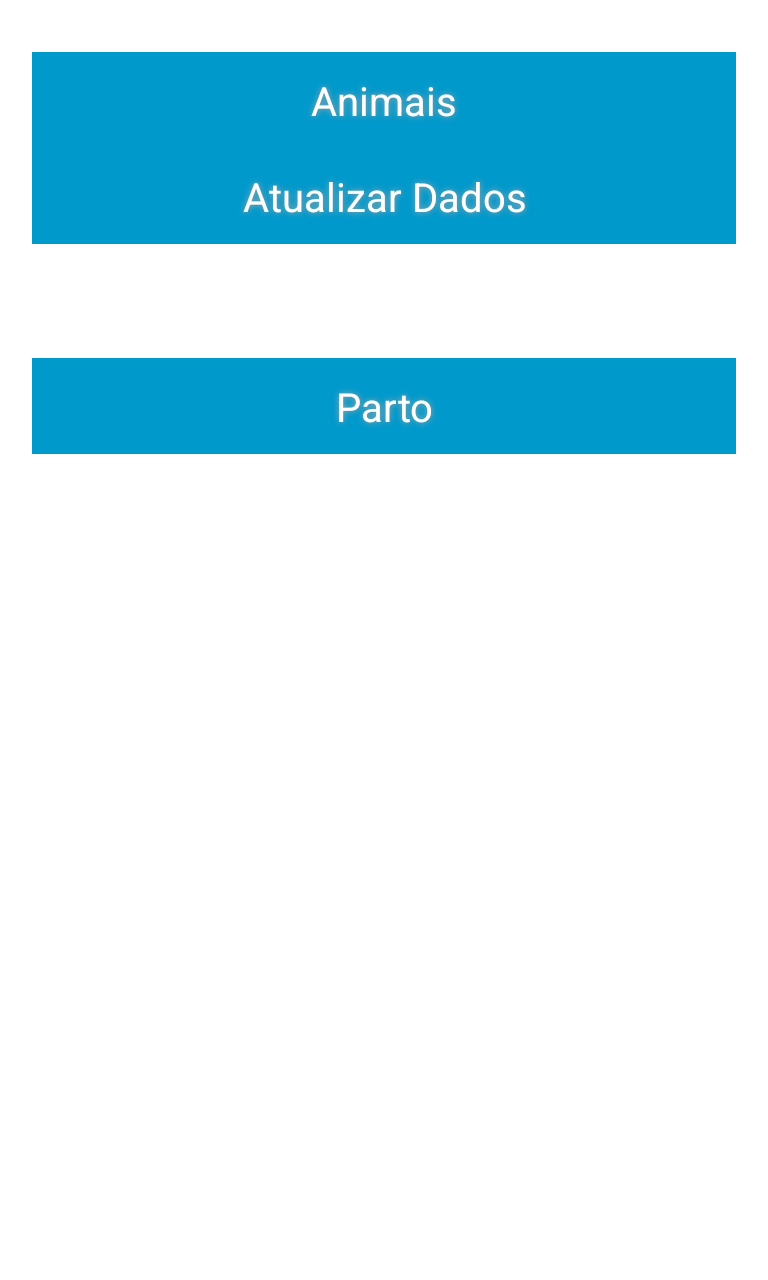
Repository: vpamaral/TaurusMobile
Layout: TaurusMobile/res/layout/activity_main.xml
The author's editor kept a copy of each file at every save. The layout is drawn from the files as they stood at one save, then again after the next save.
It is drawn on a 768 x 1280 px phone screen (xhdpi) without system bars, with theme AppTheme; the app's code is not run.

Above is the layout before, as saved 2015-05-15 16:22:10.

After the next save:
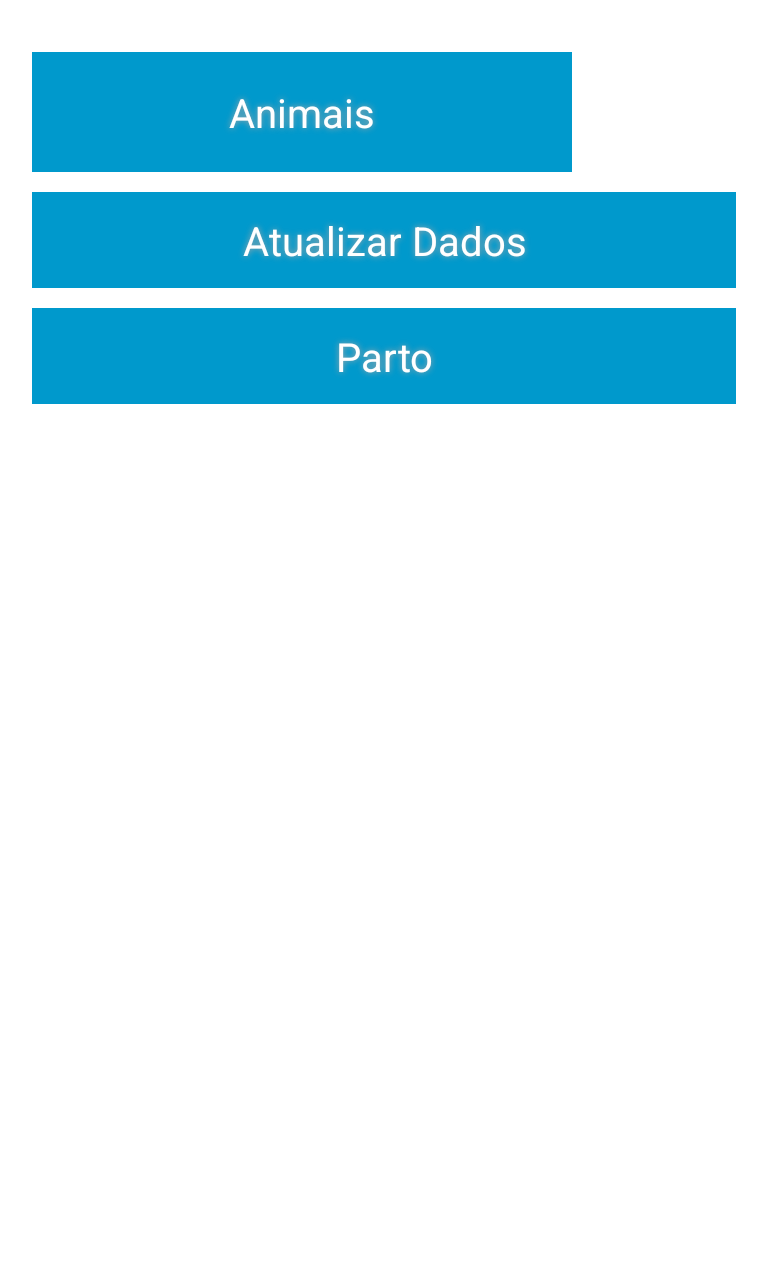
Saved 65 s later.
--- a/TaurusMobile/res/layout/activity_main.xml
+++ b/TaurusMobile/res/layout/activity_main.xml
@@ -16,8 +16,8 @@
 
         <Button
             android:id="@+id/btn_animal"
-            android:layout_width="match_parent"
-            android:layout_height="wrap_content"
+            android:layout_width="270dp"
+            android:layout_height="60dp"
             android:layout_alignLeft="@+id/btn_atualiza"
             android:layout_below="@+id/btn_atualiza"
             android:layout_marginTop="10dp"
@@ -40,6 +40,9 @@
             android:id="@+id/btn_atualiza"
             android:layout_width="match_parent"
             android:layout_height="wrap_content"
+            android:layout_alignParentTop="true"
+            android:layout_centerHorizontal="true"
+            android:layout_marginTop="10dp"
             android:background="@drawable/btn_selector"
             android:shadowColor="#A8A8A8"
             android:shadowDx="0"
@@ -61,7 +64,7 @@
             android:layout_height="wrap_content"
             android:layout_alignLeft="@+id/btn_animal"
             android:layout_below="@+id/btn_animal"
-            android:layout_marginTop="57dp"
+            android:layout_marginTop="10dp"
             android:background="@drawable/btn_selector"
             android:shadowColor="#A8A8A8"
             android:shadowDx="0"
